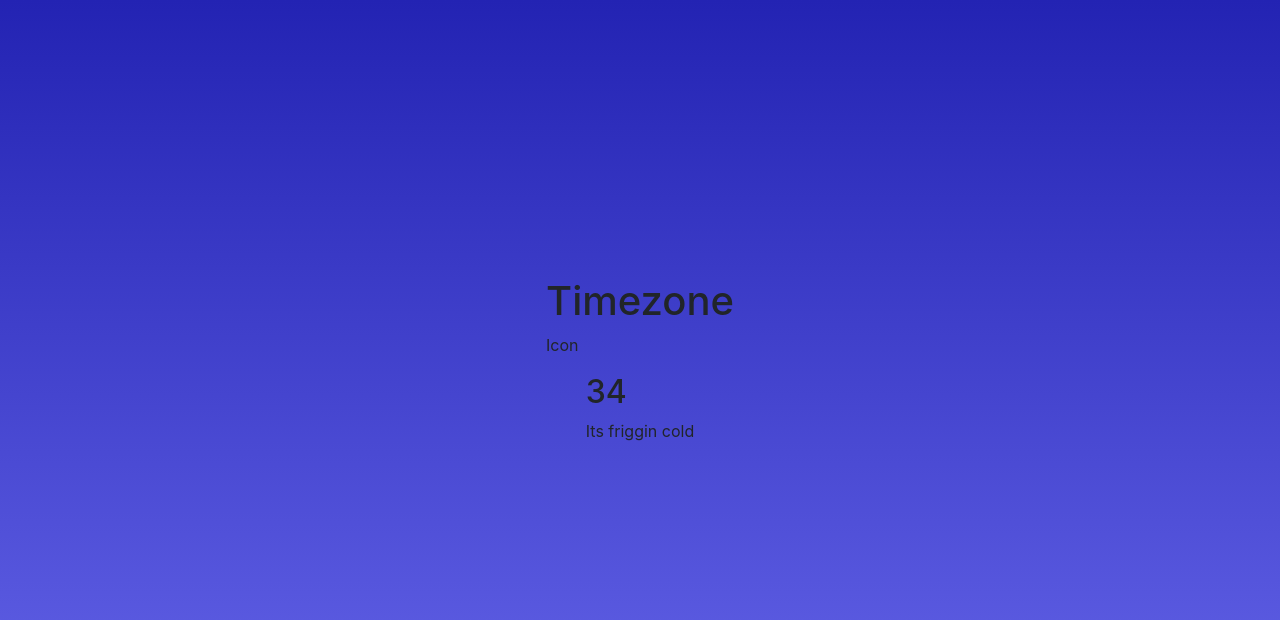
Repository: Samkiroko/js_weather_app
Page: /
These files come from the project's save history. The page is drawn as it stood at one moment and after the next save; the edit follows.
The browser window is 1280 px wide. The pictures show the whole page.
The project was rebuilt for these pictures with package versions that can differ from the ones it lists, and the page was loaded fresh each time. Also part of the build but not shown: webpack.config.js.

Above is the page before, as saved 2020-07-28 01:18:57.
Console error: TypeError: Cannot read properties of null (reading 'appendChild')

### index.html
<!DOCTYPE html>
<html lang="en">
  <head>
    <meta charset="UTF-8" />
    <meta name="viewport" content="width=device-width, initial-scale=1.0" />
    <link rel="stylesheet" href="./style.css" />
    <title>Weather App</title>
  </head>
  <body>
    <div class="location">
      <h1 class="location-timezone">Timezone</h1>
      <p>Icon</p>
    </div>
    <div class="temperature">
      <h2 class="temperature-degree">34</h2>
      <div class="temperature-description">Its friggin cold</div>
    </div>
    <script src="app.js"></script>
  </body>
</html>

### src/index.js
import './assets/stylesheets/style.scss';
import {
  drawMainBox,
} from './assets/js/components';


drawMainBox();

### src/assets/stylesheets/style.scss
$dayBottomColor: rgb(97, 97, 230);
$dayTopColor: rgb(35, 35, 179);
$nightBottomColor: rgb(8, 4, 87);
$nigthTopColor: rgb(8, 7, 17);
$colorF: rgb(23, 214, 221);
$colorC: rgb(22, 112, 230);
$mediumFontSize: 2rem;
$largeFontSize: 3.2rem;

@import "~bootstrap/scss/bootstrap";

body {
  height: 100vh;
}

footer {
  a {
    color: rgb(199, 194, 194);
  }

  a:hover {
    color: rgb(99, 223, 240);
    text-decoration: none;
  }
}

.mainBox {
  height: 80vh;
  min-height: 400px;

  @media (max-width: 576px) { width: 95vw; }

  @media (min-width: 576px) and (max-width: 768px) { width: 90vw; }

  @media (min-width: 768px) { width: 80vw; }

  .title {
    @media (max-width: 576px) { font-size: 1rem; }

    @media (min-width: 576px) and (max-width: 768px) { font-size: 1.5rem; }

    @media (min-width: 768px) { font-size: 2rem; }
  }

  .medium-text {
    @media (max-width: 576px) { font-size: 1rem; }

    @media (min-width: 576px) and (max-width: 768px) { font-size: 1.5rem; }

    @media (min-width: 768px) { font-size: 2rem; }
  }

  .large-text {
    @media (max-width: 576px) { font-size: 1.5rem; }

    @media (min-width: 576px) and (max-width: 768px) { font-size: 2.1rem; }

    @media (min-width: 768px) { font-size: 3.2rem; }
  }

  .weatherBox {
    .cityBox {
      @media (max-width: 768px) { width: 40vw; }

      @media (min-width: 768px) { width: 50vw; }

      a:hover {
        text-decoration: none;
      }
    }

    .iconBox {
      width: 10vw;

      @media (max-width: 768px) { width: 10vw; }

      @media (min-width: 768px) { width: 20vw; }

      height: 10vw;
      min-width: 80px;
      min-height: 80px;
    }

    .temperatureBox {
      @media (max-width: 576px) { width: 35vw; }

      @media (min-width: 576px) and (max-width: 768px) { width: 30vw; }

      @media (min-width: 768px) { width: 20vw; }
    }

    .icons {
      width: 30px;
      height: 30px;
    }
  }
}

.switch {
  position: relative;
  display: inline-block;
  width: 60px;
  height: 34px;

  input {
    opacity: 0;
    width: 0;
    height: 0;
  }
}

.slider {
  position: absolute;
  cursor: pointer;
  top: 0;
  left: 0;
  right: 0;
  bottom: 0;
  background-color: $colorC;
  transition: 200ms;
}

.slider::before {
  position: absolute;
  content: "";
  height: 26px;
  width: 26px;
  left: 4px;
  bottom: 4px;
  background-color: white;
  transition: 200ms;
}

input:checked + .slider {
  background-color: $colorF;
}

input:focus + .slider {
  box-shadow: 0 0 1px blue;
}

input:checked + .slider::before {
  transform: translateX(26px);
}

.slider.round {
  border-radius: 34px;
}

.slider.round::before {
  border-radius: 50%;
}

.night {
  background: linear-gradient(to top, $nightBottomColor, $nigthTopColor);
}

.day {
  background: linear-gradient(to top, $dayBottomColor, $dayTopColor);
}

### src/assets/js/components.js
/* eslint-disable import/no-cycle, no-unused-vars */
import { max } from 'moment';
import render from './renderData';
import askAPIFor from './apiData';
import imgHumidity from '../images/humidity.png';
import skyLine from '../images/skyline.png';
import location from '../images/location.png';

const body = document.getElementsByTagName('body')[0];
const container = document.getElementById('container');
const mainBox = document.createElement('div');
const footer = document.createElement('footer');
const background = new Image();
const title = document.createElement('h1');
const textBoxArea = document.createElement('div');
const cityInput = document.createElement('input');
const weatherBox = document.createElement('div');
const cityBox = document.createElement('div');
const iconBox = document.createElement('div');
const temperatureBox = document.createElement('div');
const current = document.createElement('div');
const minMax = document.createElement('div');
const switchBox = document.createElement('div');
const labelSwitch = document.createElement('label');
const inputSwitch = document.createElement('input');
const spanSwitch = document.createElement('span');
const celsius = document.createElement('span');
const fahrenheit = document.createElement('span');
let metric = false;
let unit = '°F';

const tempCelsius = {
  current: 0,
  min: 0,
  max: 0,
};

const tempFahrenheit = {
  current: 0,
  min: 0,
  max: 0,
};

const drawMainBox = () => {
  body.classList.add('day');
  background.src = skyLine;
  mainBox.style.background = `url('${skyLine.slice(4, skyLine.length)}') top/cover no-repeat`;
  mainBox.classList.add('mainBox', 'border', 'border-white', 'mx-auto', 'my-4', 'rounded', 'text-white', 'd-flex', 'flex-column');
  const cityLabel = document.createElement('div');

  title.classList.add('title', 'text-center');
  title.innerHTML = 'Weather app';

  textBoxArea.classList.add('d-flex', 'flex-row', 'justify-content-center', 'align-items-center');

  cityInput.classList.add('w-50');

  cityInput.addEventListener('keypress', function func(e) {
    if (e.keyCode === 13) {
      render(askAPIFor(this.value));
    }
    return false;
  });

  weatherBox.classList.add('weatherBox', 'd-flex', 'flex-row', 'pt-5');

  cityLabel.classList.add('my-3', 'mr-3');
  cityLabel.innerHTML = 'City';

  cityBox.classList.add('cityBox');
  iconBox.classList.add('iconBox');
  iconBox.setAttribute('id', 'iconBox');
  temperatureBox.classList.add('temperatureBox');

  footer.classList.add('text-center', 'text-white', 'footer');
  footer.innerHTML = '© 2020 <a href=\'https://www.carlossantamaria.co\' target=\'_blank\'>Carlos Santamaría</a>';

  textBoxArea.appendChild(cityLabel);
  textBoxArea.appendChild(cityInput);

  weatherBox.appendChild(cityBox);
  weatherBox.appendChild(iconBox);
  weatherBox.appendChild(temperatureBox);

  mainBox.appendChild(title);
  mainBox.appendChild(textBoxArea);
  mainBox.appendChild(weatherBox);

  container.appendChild(mainBox);
  container.appendChild(footer);
};

const changeBackground = (time) => {
  if (time === 'night') {
    if (body.classList.contains('day')) {
      body.classList.remove('day');
    }
    body.classList.add('night');
  } else {
    if (body.classList.contains('night')) {
      body.classList.remove('night');
    }
    body.classList.add('day');
  }
};

const fillCityBox = (city, country, hour, message, humidity, linkMap) => {
  while (cityBox.firstChild) {
    cityBox.removeChild(cityBox.firstChild);
  }
  const place = document.createElement('div');
  const map = location.slice(4, location.length);
  const time = document.createElement('div');
  time.classList.add('medium-text', 'pl-lg-5', 'pl-3');
  const msg = document.createElement('div');
  const humidityBox = document.createElement('div');
  humidityBox.classList.add('d-flex', 'flex-row', 'align-items-center');
  const humidityIcon = new Image();
  humidityIcon.src = imgHumidity.slice(4, imgHumidity.length);
  humidityIcon.classList.add('mx-lg-5', 'mx-3');
  const humidityValue = document.createElement('div');
  humidityValue.innerHTML = `${humidity} %`;
  humidityValue.classList.add('medium-text', 'my-10');
  humidityBox.appendChild(humidityIcon);
  humidityBox.appendChild(humidityValue);
  msg.classList.add('medium-text', 'pl-lg-5', 'pl-3');
  place.innerHTML = `${city}, ${country} <a href='${linkMap}' target='_blank'><img src=${map}></a>`;
  place.classList.add('large-text', 'pl-lg-5', 'pl-3');
  time.innerHTML = hour;
  msg.innerHTML = message;
  cityBox.appendChild(place);
  cityBox.appendChild(time);
  cityBox.appendChild(msg);
  cityBox.appendChild(humidityBox);
};

const fillIconBox = (icon) => {
  const url = `http://openweathermap.org/img/w/${icon}.png`;
  const box = document.getElementById('iconBox');
  box.style.background = `url("${url}") center/cover no-repeat`;
};

const switchUnits = (metric) => {
  if (metric) {
    unit = '°C';
    current.innerHTML = `${tempCelsius.current} ${unit}`;
    minMax.innerHTML = `Min. ${tempCelsius.min}${unit} <br>  Max. ${tempCelsius.max}${unit}`;
  } else {
    unit = '°F';
    current.innerHTML = `${tempFahrenheit.current} ${unit}`;
    minMax.innerHTML = `Min. ${tempFahrenheit.min}${unit} <br>  Max. ${tempFahrenheit.max}${unit}`;
  }
};

const fillTemperatureBox = (temp, tMin, tMax) => {
  while (temperatureBox.firstChild) {
    temperatureBox.removeChild(temperatureBox.firstChild);
  }
  tempFahrenheit.current = temp;
  tempFahrenheit.min = tMin;
  tempFahrenheit.max = tMax;
  tempCelsius.current = Math.round(((temp - 32) * 5) / 9);
  tempCelsius.min = Math.round(((tMin - 32) * 5) / 9);
  tempCelsius.max = Math.round(((tMax - 32) * 5) / 9);
  if (metric) {
    switchUnits(metric);
  } else {
    current.innerHTML = `${temp} ${unit}`;
    minMax.innerHTML = `Min. ${tMin}${unit} <br>  Max. ${tMax}${unit}`;
  }
  current.classList.add('large-text', 'pl-lg-4');
  minMax.classList.add('medium-text', 'pl-lg-4');

  temperatureBox.appendChild(current);
  temperatureBox.appendChild(minMax);

  switchBox.classList.add('mx-lg-4');

  celsius.innerHTML = '°C';
  fahrenheit.innerHTML = '°F';

  labelSwitch.classList.add('switch', 'mx-lg-2');

  inputSwitch.setAttribute('type', 'checkbox');
  metric = inputSwitch.checked;

  spanSwitch.classList.add('slider', 'round');

  labelSwitch.appendChild(inputSwitch);
  labelSwitch.appendChild(spanSwitch);

  inputSwitch.addEventListener('change', () => {
    metric = inputSwitch.checked;
    switchUnits(metric);
  });

  switchBox.appendChild(fahrenheit);
  switchBox.appendChild(labelSwitch);
  switchBox.appendChild(celsius);
  temperatureBox.appendChild(switchBox);
};

export {
  body,
  drawMainBox,
  changeBackground,
  fillCityBox,
  fillIconBox,
  fillTemperatureBox,
};

### src/assets/js/renderData.js
/* eslint-disable import/no-cycle, no-unused-vars */
import moment from 'moment';
import regeneratorRuntime from 'regenerator-runtime';
import {
  changeBackground,
  fillCityBox,
  fillIconBox,
  fillTemperatureBox,
} from './components';

const render = async (data) => {
  const objectData = await data;
  const city = objectData.name;
  const { country } = objectData.sys;
  const temp = Math.round(objectData.main.temp);
  const tempMax = Math.round(objectData.main.temp_max);
  const tempMin = Math.round(objectData.main.temp_min);
  const { humidity } = objectData.main;
  const message = objectData.weather[0].description;
  const { icon } = objectData.weather[0];
  const timeZone = objectData.timezone;
  const offsetInMinutes = timeZone / 60;
  const currTime = moment().utcOffset(offsetInMinutes).format('h:mm A');
  const hours = parseInt(moment().utcOffset(offsetInMinutes).format('HH'), 10);
  const mapLink = `https://www.google.com/maps/@?api=1&map_action=map&center=${objectData.coord.lat},${objectData.coord.lon}&zoom=12&basemap=terrain`;
  if (hours < 6 || hours > 18) {
    changeBackground('night');
  } else {
    changeBackground('day');
  }

  fillCityBox(city, country, currTime, message, humidity, mapLink);
  fillIconBox(icon);
  fillTemperatureBox(temp, tempMin, tempMax);
};


export default render;

### style.css
* {
  margin: 0;
  padding: 0;
  box-sizing: border-box;
}

body {
  height: 100vh;
  display: flex;
  justify-content: center;
  flex-direction: column;
  align-items: center;
  background: linear-gradient(rgb(47, 150, 163), rgb(48, 62, 143));
  font-family: sans-serif;
  color: white;
}

Loaded but not shown: src/assets/js/apiData.js (no copy from this time; the picture is the same without it); app.js (no stored copy; drawn as an empty file)

After the next save:
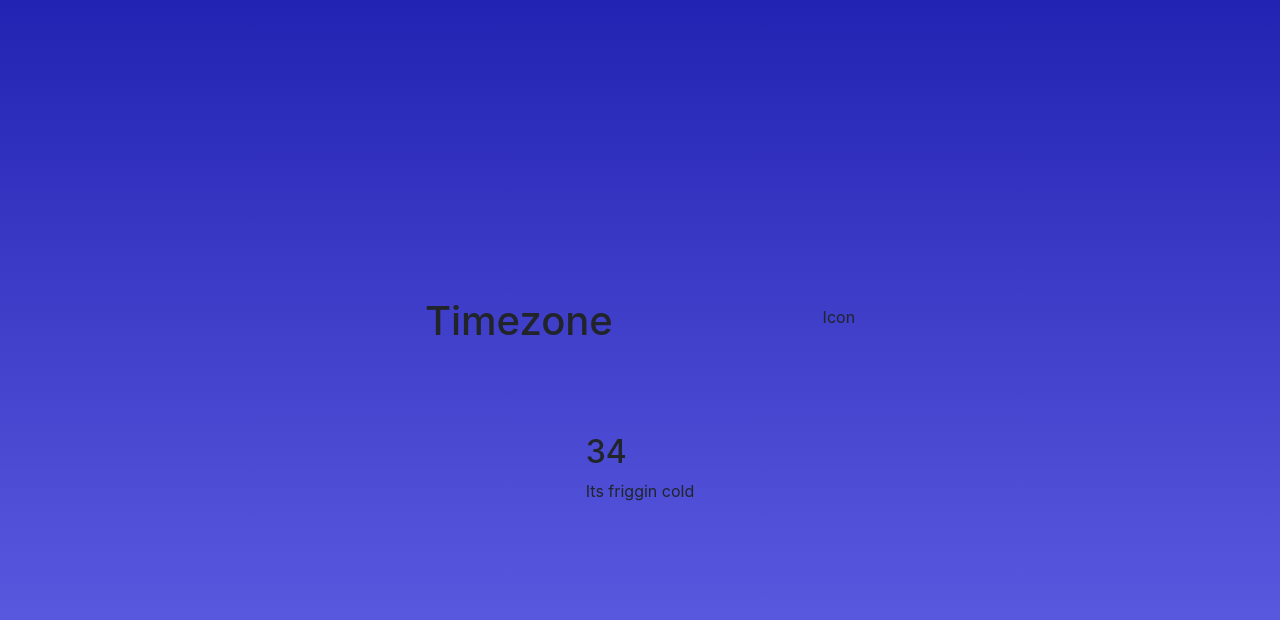
Saved 13 min 59 s later.
--- a/style.css
+++ b/style.css
@@ -14,3 +14,11 @@ body {
   font-family: sans-serif;
   color: white;
 }
+
+.location {
+  height: 30vh;
+  width: 50%;
+  display: flex;
+  justify-content: space-around;
+  align-items: center;
+}
